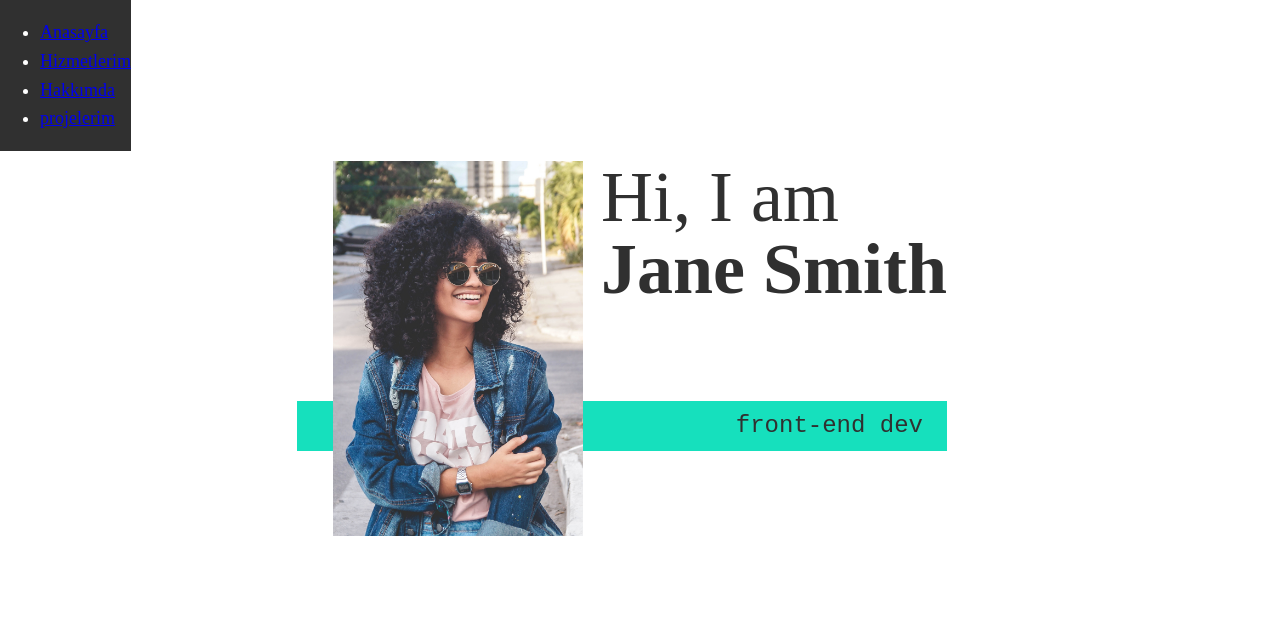
Repository: denizangin/portfolyo
Page: index.html
An editor plug-in stored every save of this project. The page is shown before and after a run of saves, followed by the edit.
The browser window is 1280 px wide. The pictures show the part of the page from y = 0 to 626 px (the page is 3806 px tall).
Pictures or frames that could not be fetched are drawn as grey boxes. A picture or video elsewhere on the page could not be fetched, so the positions and the page height are approximate.

Above is the page before, as saved 2024-08-06 04:12:32.

After the next 6 saves:
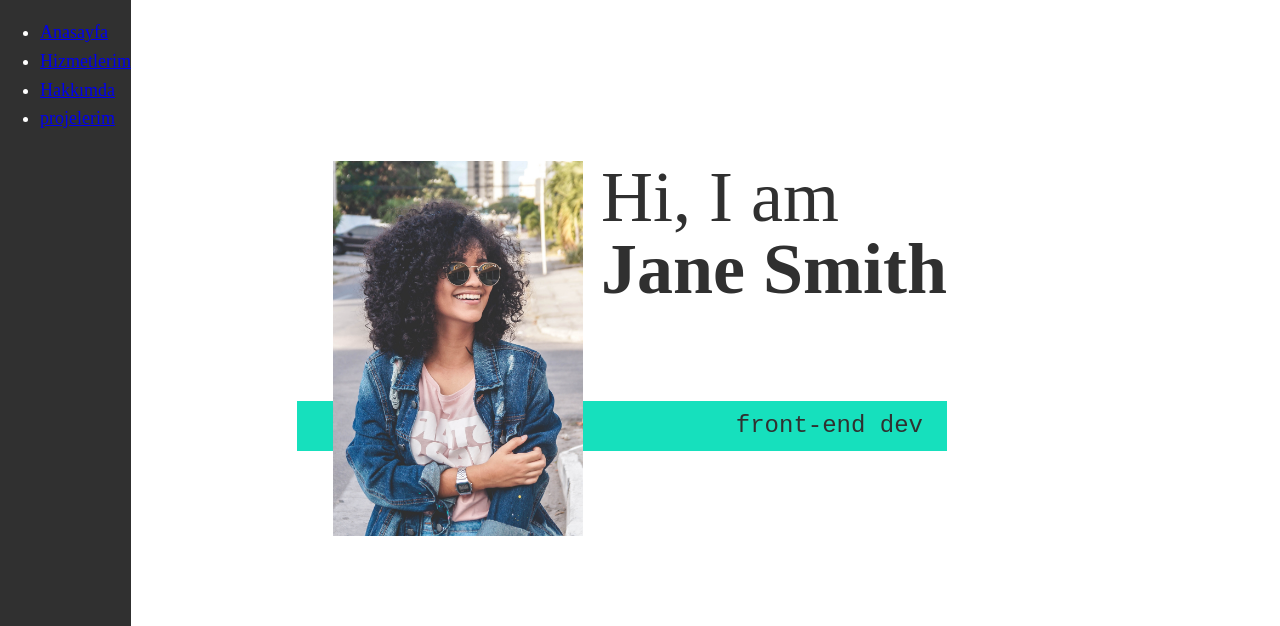
The 6 saves are shown as one change because they came seconds apart.
The last was saved 15 s later.
--- a/style.css
+++ b/style.css
@@ -122,7 +122,8 @@ font-weight: var(--fw-reg);
     background: var(--clr-dark);
     color: var(--clr-light);
     top:0;
-    button:0;
+    bottom:0;
+
 
 
 }
